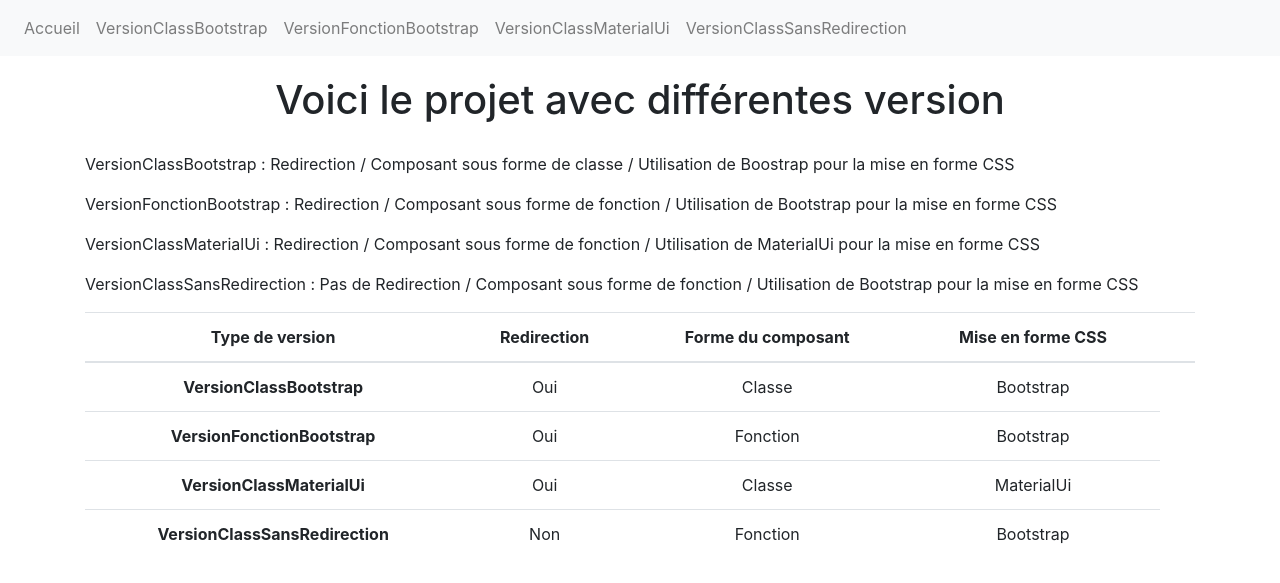
Repository: LudovicB21/CountryTest
Page: /
These files come from the project's save history. The page is drawn as it stood at one moment and after a run of saves; the edit follows.
The browser window is 1280 px wide. The pictures show the whole page.
The project was rebuilt for these pictures with package versions that can differ from the ones it lists, and the page was loaded fresh each time. Also part of the build but not shown: src/components/VersionClassBootstrap/ListPays.components.js, src/components/VersionClassMaterialUi/ListPays.components.js, src/components/VersionFonctionBoostrap/ListPays.components.js, src/components/VersionSansRedirection/ListPays.component.js, src/components/VersionClassBootstrap/InfoPays.components.js, src/components/VersionClassMaterialUi/InfoPays.components.js, src/components/VersionFonctionBoostrap/InfoPays.components.js.

Above is the page before, as saved 2020-10-29 13:34:01.

### public/index.html
<!DOCTYPE html>
<html lang="en">
  <head>
    <meta charset="utf-8" />
    <link rel="icon" href="%PUBLIC_URL%/favicon.ico" />
    <link rel="stylesheet" href="https://cdn.jsdelivr.net/npm/bootstrap@4.5.3/dist/css/bootstrap.min.css" integrity="sha384-TX8t27EcRE3e/ihU7zmQxVncDAy5uIKz4rEkgIXeMed4M0jlfIDPvg6uqKI2xXr2" crossorigin="anonymous">
    <meta name="viewport" content="width=device-width, initial-scale=1" />
    <meta name="theme-color" content="#000000" />
    <meta
      name="description"
      content="Web site created using create-react-app"
    />
    <link rel="apple-touch-icon" href="%PUBLIC_URL%/logo192.png" />
    <!--
      manifest.json provides metadata used when your web app is installed on a
      user's mobile device or desktop. See https://developers.google.com/web/fundamentals/web-app-manifest/
    -->
    <link rel="manifest" href="%PUBLIC_URL%/manifest.json" />
    <link
      rel="stylesheet"
      href="https://maxcdn.bootstrapcdn.com/bootstrap/4.5.0/css/bootstrap.min.css"
      integrity="sha384-9aIt2nRpC12Uk9gS9baDl411NQApFmC26EwAOH8WgZl5MYYxFfc+NcPb1dKGj7Sk"
      crossorigin="anonymous"
    />
    <link rel="stylesheet" href="https://cdn.jsdelivr.net/npm/bootstrap@4.5.3/dist/css/bootstrap.min.css" integrity="sha384-TX8t27EcRE3e/ihU7zmQxVncDAy5uIKz4rEkgIXeMed4M0jlfIDPvg6uqKI2xXr2" crossorigin="anonymous">

    <!--
      Notice the use of %PUBLIC_URL% in the tags above.
      It will be replaced with the URL of the `public` folder during the build.
      Only files inside the `public` folder can be referenced from the HTML.

      Unlike "/favicon.ico" or "favicon.ico", "%PUBLIC_URL%/favicon.ico" will
      work correctly both with client-side routing and a non-root public URL.
      Learn how to configure a non-root public URL by running `npm run build`.
    -->
    <title>React App</title>
  </head>
  <body>
    <noscript>You need to enable JavaScript to run this app.</noscript>
    <div id="root"></div>
    <!--
      This HTML file is a template.
      If you open it directly in the browser, you will see an empty page.

      You can add webfonts, meta tags, or analytics to this file.
      The build step will place the bundled scripts into the <body> tag.

      To begin the development, run `npm start` or `yarn start`.
      To create a production bundle, use `npm run build` or `yarn build`.
    -->
  </body>
</html>

### src/App.js
import React from 'react';
import './App.css';
import ListPays from "./components/VersionClassBootstrap/ListPays.components"
import ListPaysMaterial from "./components/VersionClassMaterialUi/ListPays.components"
import ListPaysFonction from "./components/VersionFonctionBoostrap/ListPays.components"
import ListPaysSansRedirection from "./components/VersionSansRedirection/ListPays.component"
import Accueil from "./components/Accueil"
import { BrowserRouter as Router, Route, Switch} from 'react-router-dom'
import InfoPays from "./components/VersionClassBootstrap/InfoPays.components"
import InfosPaysMaterial from "./components/VersionClassMaterialUi/InfoPays.components"
import InfoPaysFonction from "./components/VersionFonctionBoostrap/InfoPays.components"
import Nav from "./components/Navigation"
function App() {
  return (
    <div className="App">
        <Router>
          <Nav />
          <Switch>
            <Route path="/"  exact component={Accueil} />
            <Route path="/VersionClassBootstrap" exact component={ListPays} />
            <Route path="/VersionFonctionBoostrap" exact component={ListPaysFonction} />
            <Route path="/VersionClassMaterialUi" exact component={ListPaysMaterial} />
            <Route path="/VersionSansRedirection" exact component={ListPaysSansRedirection} />
            <Route path="/VersionClassMaterialUi/:id" component={InfosPaysMaterial} />
            <Route path="/VersionClassBootstrap/:id"  component={InfoPays }/>
            <Route path="/VersionFonctionBoostrap/:id" component={InfoPaysFonction} />
          </Switch>
        </Router>
    </div>
  );
}

export default App;

### src/components/Accueil.js
import React, { Component } from 'react'

class Accueil extends Component {
    render() {
        return (
            <div className="container">
                <h1 style={{padding: "20px"}}> Voici le projet avec différentes version  </h1>
                <div style={{textAlign: "left"}}>
                    <p> VersionClassBootstrap :
                          Redirection
                        / Composant sous forme de classe
                        / Utilisation de Boostrap pour la mise en forme CSS {"\n"}
                    </p>
                    <p> VersionFonctionBootstrap :
                          Redirection
                        / Composant sous forme de fonction
                        / Utilisation de Bootstrap pour la mise en forme CSS {"\n"}
                    </p>
                    <p> VersionClassMaterialUi :
                          Redirection
                        / Composant sous forme de fonction
                        / Utilisation de MaterialUi pour la mise en forme CSS {"\n"}
                    </p>
                    <p> VersionClassSansRedirection :
                          Pas de Redirection
                        / Composant sous forme de fonction
                        / Utilisation de Bootstrap pour la mise en forme CSS {"\n"}
                    </p>
                </div>
                <table class="table">
                    <thead>
                        <tr>
                        <th scope="col">Type de version </th>
                        <th scope="col">Redirection</th>
                        <th scope="col">Forme du composant</th>
                        <th scope="col">Mise en forme CSS </th>
                        <th></th>
                        </tr>
                    </thead>
                    <tbody>
                        <tr>
                        <th scope="row">VersionClassBootstrap</th>
                            <td>Oui</td>
                            <td>Classe</td>
                            <td>Bootstrap  </td>
                        </tr>
                        <tr>
                        <th scope="row">VersionFonctionBootstrap</th>
                            <td>Oui</td>
                            <td>Fonction</td>
                            <td>Bootstrap</td>
                        </tr>
                        <tr>
                        <th scope="row">VersionClassMaterialUi</th>
                            <td>Oui</td>
                            <td>Classe</td>
                            <td>MaterialUi</td>
                        </tr>
                        <tr>
                        <th scope="row">VersionClassSansRedirection</th>
                            <td>Non</td>
                            <td>Fonction</td>
                            <td>Bootstrap</td>
                        </tr>
                    </tbody>
                    </table>
            </div>
        )
    }
}

export default Accueil

### src/components/Navigation.js
import React, { Component } from 'react';
import { Link } from 'react-router-dom';

class Navigation extends Component {
    render() {
        return (
            <nav className="navbar navbar-expand-lg navbar-light bg-light">
            <button className="navbar-toggler" type="button" data-toggle="collapse" data-target="#navbarNav" aria-controls="navbarNav" aria-expanded="false" aria-label="Toggle navigation">
                <span className="navbar-toggler-icon"></span>
            </button>
            <div className="collapse navbar-collapse" id="navbarNav">
                <ul className="navbar-nav">
                    <Link to="/">
                        <li className="nav-item">
                            <a className="nav-link">Accueil</a>
                        </li>
                    </Link>
                    <Link to="/VersionClassBootstrap">
                        <li className="nav-item">
                            <a className="nav-link">VersionClassBootstrap</a>
                        </li>
                    </Link>
                    <Link to="/VersionFonctionBoostrap">
                        <li className="nav-item">
                            <a className="nav-link">VersionFonctionBootstrap</a>
                        </li>
                    </Link>
                    <Link to="/VersionClassMaterialUi">
                        <li className="nav-item">
                            <a className="nav-link">VersionClassMaterialUi</a>
                        </li>
                    </Link>
                    <Link to="/VersionSansRedirection">
                        <li className="nav-item">
                            <a className="nav-link">VersionClassSansRedirection</a>
                        </li>
                    </Link>
                </ul>
            </div>
            </nav>
        )
    }
}

export default Navigation

Loaded but not shown: src/index.js (common file); src/index.css (common file); src/serviceWorker.js (common file); src/App.css (common file)

After the next 2 saves:
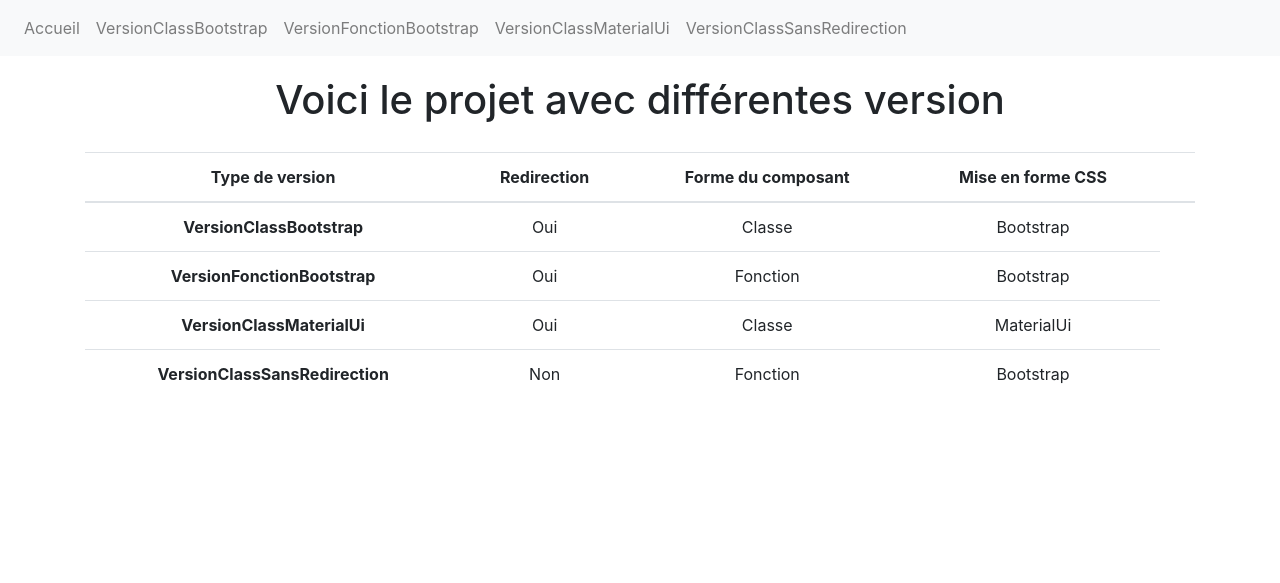
The 2 saves are shown as one change because they came seconds apart.
The last was saved 13 s later.
--- a/src/components/Accueil.js
+++ b/src/components/Accueil.js
@@ -5,28 +5,6 @@ class Accueil extends Component {
         return (
             <div className="container">
                 <h1 style={{padding: "20px"}}> Voici le projet avec différentes version  </h1>
-                <div style={{textAlign: "left"}}>
-                    <p> VersionClassBootstrap :
-                          Redirection
-                        / Composant sous forme de classe
-                        / Utilisation de Boostrap pour la mise en forme CSS {"\n"}
-                    </p>
-                    <p> VersionFonctionBootstrap :
-                          Redirection
-                        / Composant sous forme de fonction
-                        / Utilisation de Bootstrap pour la mise en forme CSS {"\n"}
-                    </p>
-                    <p> VersionClassMaterialUi :
-                          Redirection
-                        / Composant sous forme de fonction
-                        / Utilisation de MaterialUi pour la mise en forme CSS {"\n"}
-                    </p>
-                    <p> VersionClassSansRedirection :
-                          Pas de Redirection
-                        / Composant sous forme de fonction
-                        / Utilisation de Bootstrap pour la mise en forme CSS {"\n"}
-                    </p>
-                </div>
                 <table class="table">
                     <thead>
                         <tr>
